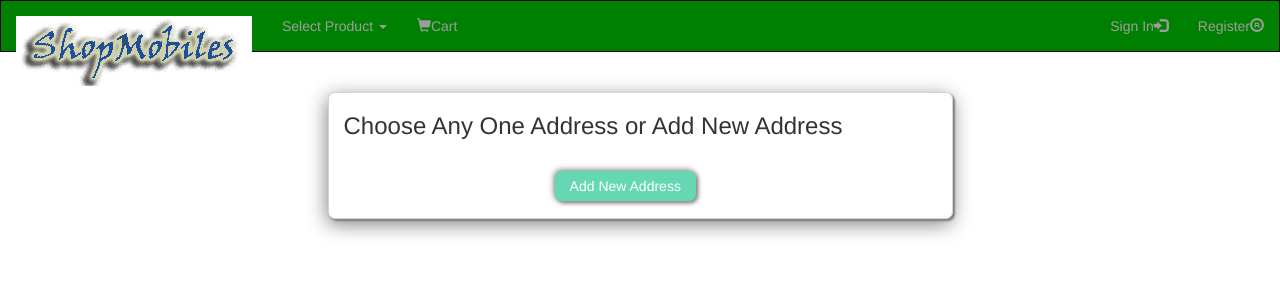
Repository: KoustabhBiswas/Final-Ecommerce-Project
Page: http://localhost/ecommerce1/WEB-INF/views/address.jsp
These files come from the project's save history. The page is drawn as it stood at one moment and after the next save; the edit follows.
The browser window is 1280 px wide. The pictures show the whole page.
Some web libraries are served in a nearby version. The page is served by Tomcat 9. Nobody is signed in. Other server files are loaded and not shown. The template is opened directly, without the code that normally fills it, so the values that code supplies are empty.

Above is the page before, as saved 2017-09-17 12:00:13.

### Final Ecommerce Project/Ecommerce_Project-master/project/ecommerce1/src/main/webapp/WEB-INF/views/address.jsp
<%@ page language="java" contentType="text/html; charset=ISO-8859-1"
	pageEncoding="ISO-8859-1" isELIgnored="false"%>
<%@ taglib uri="http://java.sun.com/jsp/jstl/core" prefix="c"%>
<%@ taglib uri="http://www.springframework.org/tags/form" prefix="form" %>
<!DOCTYPE html PUBLIC "-//W3C//DTD HTML 4.01 Transitional//EN" "http://www.w3.org/TR/html4/loose.dtd">
<html>
<head>
<meta http-equiv="Content-Type" content="text/html; charset=ISO-8859-1">
<title>Insert title here</title>
<link rel="stylesheet"
	href="https://cdnjs.cloudflare.com/ajax/libs/font-awesome/4.7.0/css/font-awesome.min.css">

<link rel="stylesheet"
	href="https://maxcdn.bootstrapcdn.com/bootstrap/3.3.7/css/bootstrap.min.css">
<script src="https://ajax.googleapis.com/ajax/libs/jquery/3.2.1/jquery.min.js">
<script
	 src="https://maxcdn.bootstrapcdn.com/bootstrap/3.3.7/js/bootstrap.min.js"></script>
</head>
<script type="text/javascript">
	$(document).ready(function(){
		$("#click").click(function(){
			$("#form").toggle(1000);
		});

	});
</script>
<style>
a {
	text-decoration: none;
}

a:hover {
	text-decoration: none;
}

.button {
	margin-left: 35%;
	margin-bottom: 4%;
	background-color: #65D7B3;
}
 .newAddr{
	background-color:#65D7B3;
	color:white;
	padding: 5px 15px 5px 15px;
	border-radius:7px;
	box-shadow:2px 2px 4px grey, -1px -1px 6px grey;
	border-style:none;
	margin-bottom: 4%;
	margin-left:8%;
}
.newAddr:hover{
	box-shadow:1px 1px 2px grey, 2px 2px 4px grey;
}
</style>
<body>
	<div class="container-fluid">
		<%@ include file="shared/navbar.jsp"%>

		<h2 style="color: red;">${addrList}</h2>
		<div class="col-md-6"
			style="margin-left: 25%; background-color: white; height: auto; border: 1px solid #c7dbd1; border-radius: 7px; box-shadow: 2px 2px 2px grey, -1px 5px 20px grey">
			<table class="table" style="border: 0px solid; margin-top: 2%;">
				<thead>

				<h3>Choose Any One Address or Add New Address</h3>
				</thead>
				<c:forEach items="${addrList1}" var="i">
					<tbody>
						<tr>
							<td style="border-top: 0px; border-bottom: 0px;"><a
								href="${pageContext.request.contextPath}/user/placeOrder/${i.id}"
								style="margin-left: 4%; color: black;"><p
										style="height: auto;">${i.shippingAddress}</p></a></td>
						</tr>
					</tbody>

				</c:forEach>
			</table>
			<div style="margin-left:30%;">
			<div id="form" style="display:none;">
				<form:form action="${pageContext.request.contextPath}/user/addAddress" method="post" modelAttribute="address" class="form-horizontal">
					<form:input path="shippingAddress" type="text" style="width : 200px;" class="form-control"/>
					<input type="submit" value="Add" class="newAddr" style="margin-left: 15%; margin-top: 2%;">
				</form:form>

			</div>

				<button id="click" class="newAddr">Add New Address</button>
				</div>
		</div>
	</div>
</body>
</html>

### Final Ecommerce Project/Ecommerce_Project-master/project/ecommerce1/src/main/webapp/WEB-INF/views/shared/navbar.jsp
<%@ page language="java" contentType="text/html; charset=ISO-8859-1"
	pageEncoding="ISO-8859-1" isELIgnored="false"%>
<%@ taglib uri="http://www.springframework.org/security/tags"
	prefix="sec"%>
<%@ taglib uri="http://java.sun.com/jsp/jstl/core" prefix="c"%>

<style>
nav {
	background-color: #1b6d85;
}
</style>

<div class="row" style="border-bottom-style: none;">
	<nav class="navbar navbar-inverse"
		style="background-color: green; border-radius: 0px; color: white;">
		<div class="container-fluid">
			<div class="navbar-header">
				<a class="navbar-brand" href="home"><img
					src="<c:url value="/resources/images/shopmobiles4.jpg" />" ></a>
			</div>
			<ul class="nav navbar-nav">

				<li class="dropdown"><a class="dropdown-toggle"
					data-toggle="dropdown" href="#">Select Product <span
						class="caret"></span></a>
					<ul class="dropdown-menu">
						<li><a href="${pageContext.request.contextPath}/samsung">Samsung</a></li>
						<li><a href="${pageContext.request.contextPath}">Nokia</a></li>
						<li><a href="#">HTC</a></li>
					</ul></li>

				<li><a href="/ecommerce1/user/view/cart"><span
						class="glyphicon glyphicon-shopping-cart"></span>Cart</a></li>

			</ul>
			<ul class="nav navbar-nav navbar-right">
				<sec:authorize access="hasAuthority('Admin')">
					<li class="dropdown"><a class="dropdown-toggle"
						data-toggle="dropdown" href="#">Admin <span class="caret"></span></a>
						<ul class="dropdown-menu">
							<li><a href="admin/product">Product</a></li>
							<li><a href="admin/supplier">Supplier</a></li>

						</ul></li>
				</sec:authorize>
				<sec:authorize access="isAnonymous()">
					<li><a href="login">Sign In<span
							class="glyphicon glyphicon-log-in"></span></a></li>
				</sec:authorize>
				<sec:authorize access="isAuthenticated()">
					<li><a href="/ecommerce1/logout">LOGOUT</a><span>${name}</span></li>
				</sec:authorize>
				<li><a href="registerpage">Register<span
						class="glyphicon glyphicon-registration-mark"></span></a>${username}</li>
			</ul>
		</div>
	</nav>
</div>

After the next save:
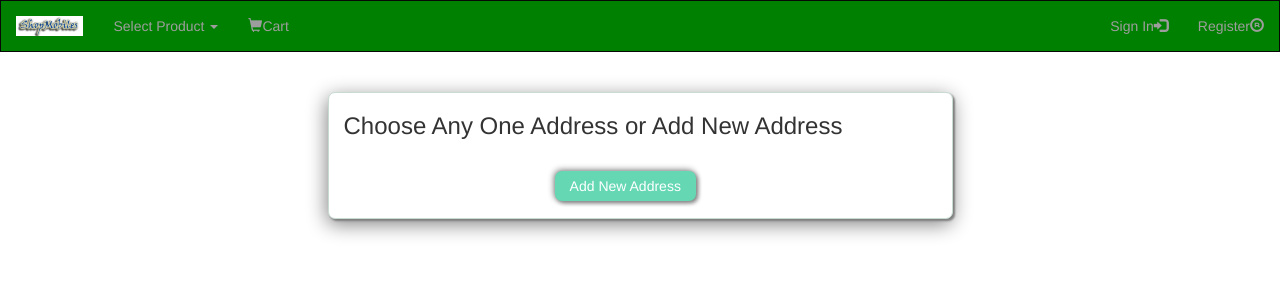
Saved 2 min 19 s later.
--- a/Final Ecommerce Project/Ecommerce_Project-master/project/ecommerce1/src/main/webapp/WEB-INF/views/shared/navbar.jsp
+++ b/Final Ecommerce Project/Ecommerce_Project-master/project/ecommerce1/src/main/webapp/WEB-INF/views/shared/navbar.jsp
@@ -16,7 +16,7 @@ nav {
 		<div class="container-fluid">
 			<div class="navbar-header">
 				<a class="navbar-brand" href="home"><img
-					src="<c:url value="/resources/images/shopmobiles4.jpg" />" ></a>
+					src="<c:url value="/resources/images/shopmobiles4.jpg" />" height=20px></a>
 			</div>
 			<ul class="nav navbar-nav">
 
